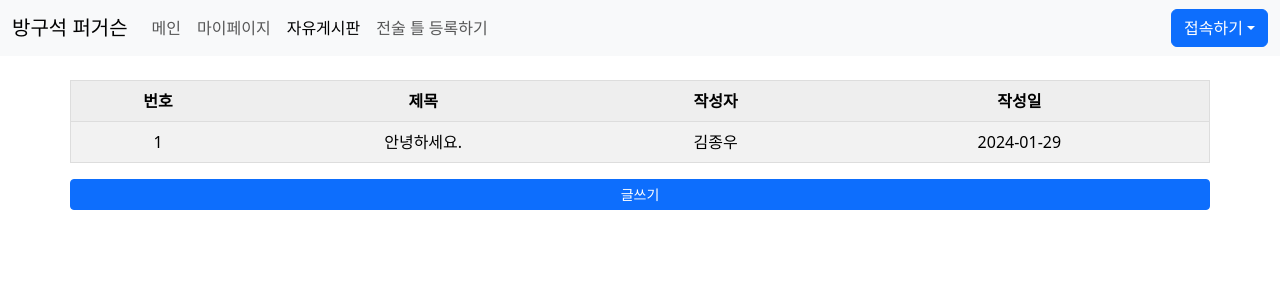
Repository: jiiiiiw/Spring-BBS
Page: http://localhost/BBS/bbs.jsp
The author's editor kept a copy of each file at every save. The page is drawn from the files as they stood at one save, then again after the next save.
The browser window is 1280 px wide. The pictures show the whole page.
The page is served by Tomcat 9.

Above is the page before, as saved 2024-01-30 04:48:46.

After the next save:
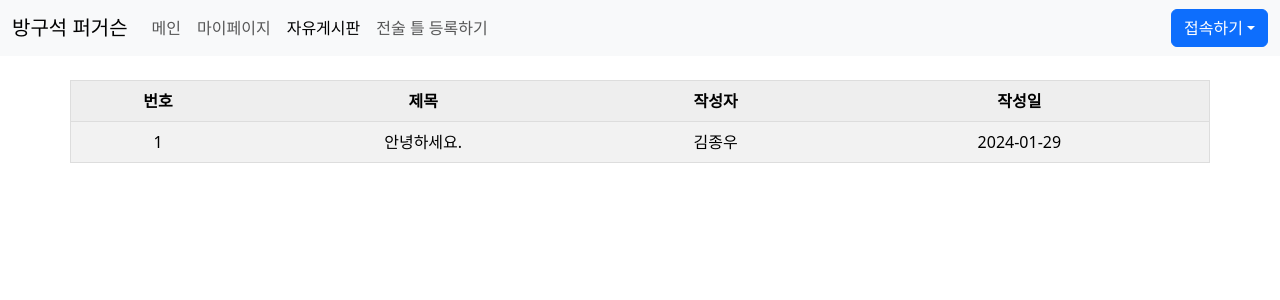
Saved 64 s later.
--- a/BBS/src/main/webapp/bbs.jsp
+++ b/BBS/src/main/webapp/bbs.jsp
@@ -98,7 +98,7 @@
 				</tbody>
 			</table>
 			<a href="write.jsp"
-			class="btn btn-sm btn-primary">글쓰기</a>
+			class="btn btn-sm btn-primary" style="width: 150px;>글쓰기</a>
 		</div>
 	</div>
 

After the save that followed:
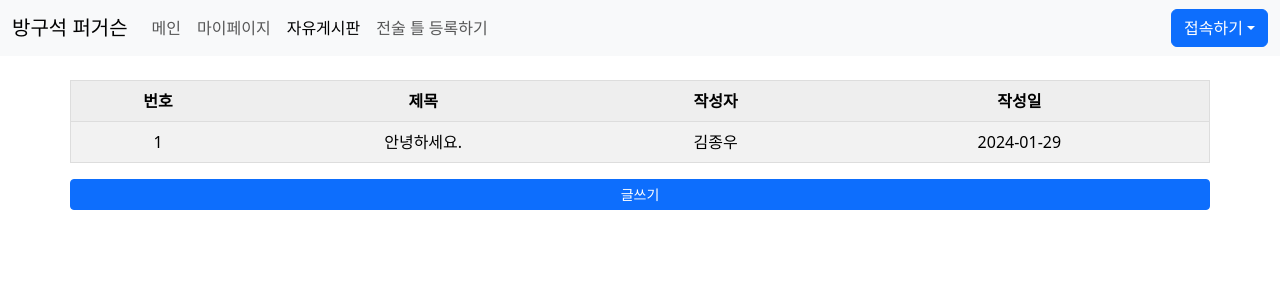
Saved 33 s later.
--- a/BBS/src/main/webapp/bbs.jsp
+++ b/BBS/src/main/webapp/bbs.jsp
@@ -98,7 +98,7 @@
 				</tbody>
 			</table>
 			<a href="write.jsp"
-			class="btn btn-sm btn-primary" style="width: 150px;>글쓰기</a>
+			class="btn btn-sm btn-primary">글쓰기</a>
 		</div>
 	</div>
 
